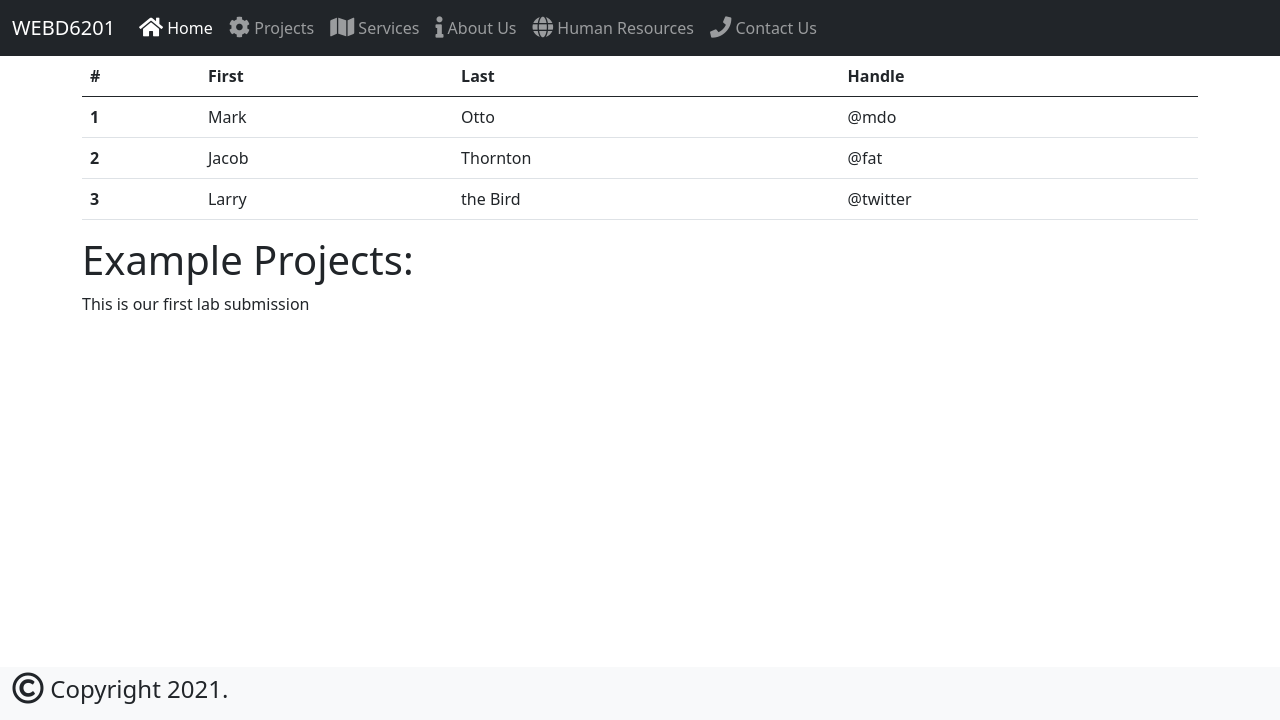
Repository: Sub4Sub/Lab_1
Page: products.html
An editor plug-in stored every save of this project. The page is shown before and after a run of saves, followed by the edit.
The browser window is 1280 px wide. The pictures show the whole page.

Above is the page before, as saved 2021-02-05 15:58:24.

After the next 3 saves:
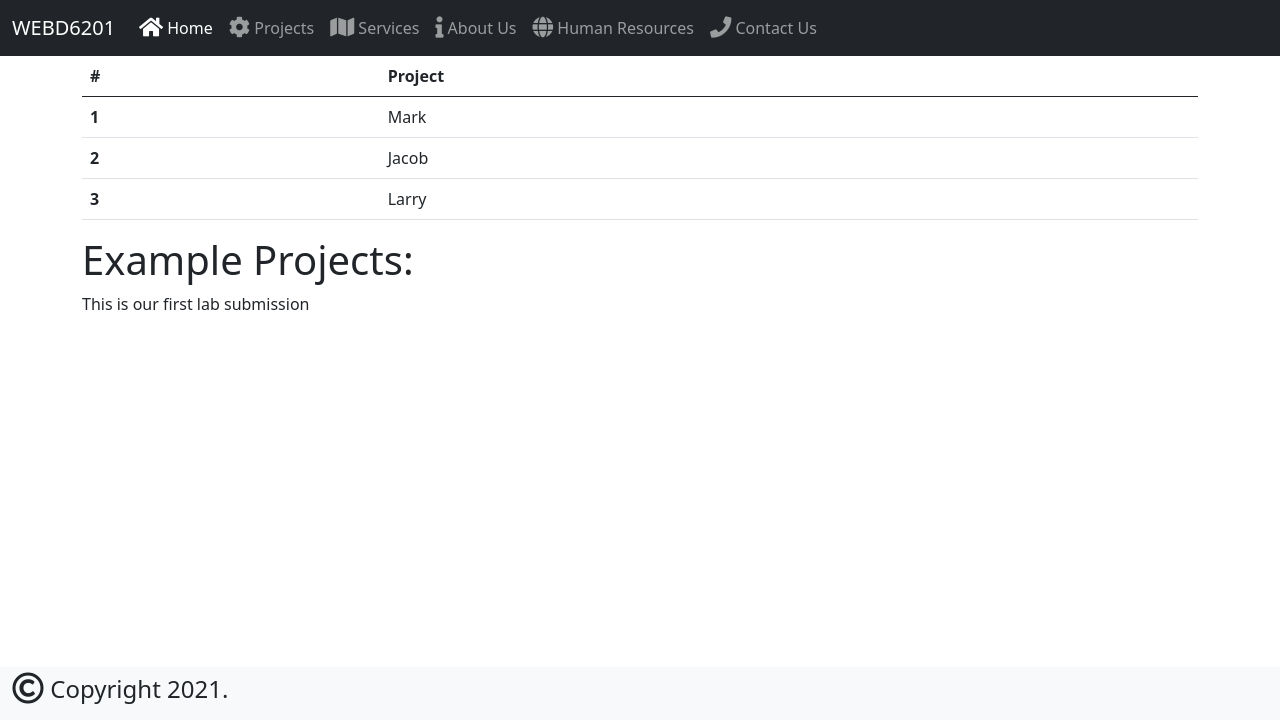
The 3 saves are shown as one change because they came seconds apart.
The last was saved 58 s later.
--- a/products.html
+++ b/products.html
@@ -18,29 +18,21 @@
         <thead>
           <tr>
             <th scope="col">#</th>
-            <th scope="col">First</th>
-            <th scope="col">Last</th>
-            <th scope="col">Handle</th>
+            <th scope="col">Project</th>
           </tr>
         </thead>
         <tbody>
           <tr>
             <th scope="row">1</th>
             <td>Mark</td>
-            <td>Otto</td>
-            <td>@mdo</td>
           </tr>
           <tr>
             <th scope="row">2</th>
             <td>Jacob</td>
-            <td>Thornton</td>
-            <td>@fat</td>
           </tr>
           <tr>
             <th scope="row">3</th>
             <td>Larry</td>
-            <td>the Bird</td>
-            <td>@twitter</td>
           </tr>
         </tbody>
       </table>
